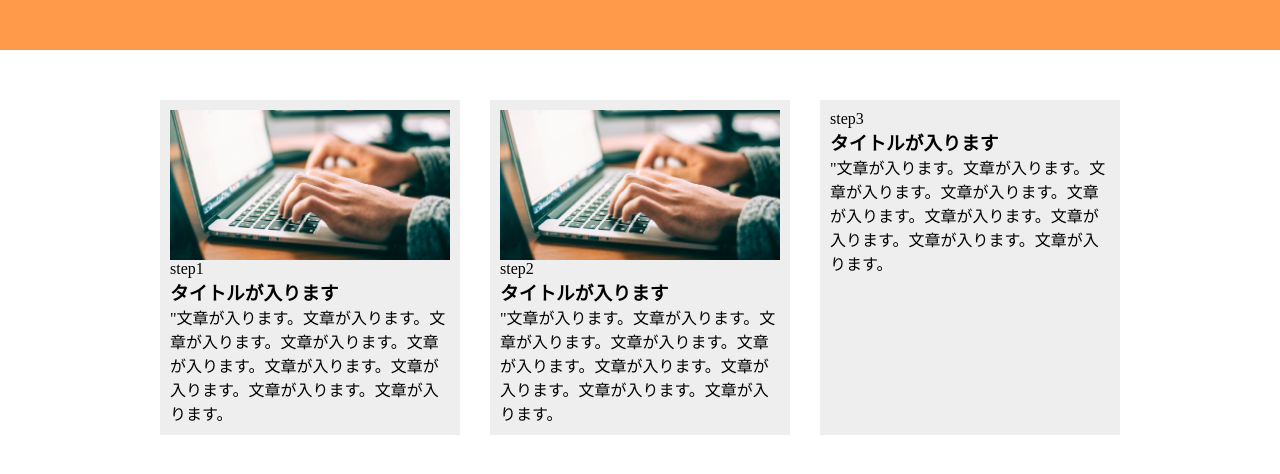
Repository: Yuya0829/HTML
Page: exercise/exercise9.html
The author's editor kept a record of every edit. The page is drawn from the files as they stood at one moment, then again after the next edit.
The browser window is 1280 px wide. The pictures show the whole page.

Above is the page before.

### exercise/exercise9.html
<!DOCTYPE html>
<html lang="ja">
  <head>
    <meta charset="UTF-8" />
    <title>EXERCISE9</title>
    <link rel="stylesheet" href="exercise9.css" />
  </head>

  <body>
    <header></header>
    <main>
      <div class="step-box">
        <div class="step-img1"></div>
        <span class="step-num">step1</span>
        <h3 class="title">タイトルが入ります</h3>
        <p class="text">
          "文章が入ります。文章が入ります。文章が入ります。文章が入ります。文章が入ります。文章が入ります。文章が入ります。文章が入ります。文章が入ります。
        </p>
      </div>
      <div class="step-box">
        <div class="step-img2"></div>
        <span class="step-num">step2</span>
        <h3 class="title">タイトルが入ります</h3>
        <p class="text">
          "文章が入ります。文章が入ります。文章が入ります。文章が入ります。文章が入ります。文章が入ります。文章が入ります。文章が入ります。文章が入ります。
        </p>
      </div>
      <div class="step-box">
        <div class="step-img3"></div>
        <span class="step-num">step3</span>
        <h3 class="title">タイトルが入ります</h3>
        <p class="text">
          "文章が入ります。文章が入ります。文章が入ります。文章が入ります。文章が入ります。文章が入ります。文章が入ります。文章が入ります。文章が入ります。
        </p>
      </div>
    </main>
    <footer></footer>
  </body>
</html>

### exercise/exercise9.css
* {
  margin: 0;
  padding: 0;
  box-sizing: border-box;
}

header {
  height: 50px;
  background-color: #ff9a4b;
}

main {
  width: 960px;
  margin: 50px auto;
  display: flex;
}

.step-box {
  width: 300px;
  margin-right: 30px;
  padding: 10px;
  position: relative;
  background-color: #eee;
}

.step-box:last-child {
  margin-right: 0;
}

.step-img1 {
  height: 150px;
  background-image: url(img/flow01.png);
  background-position: bottom;
  background-size: cover;
}

.step-img2 {
  height: 150px;
  background-image: url(img/flow01.png);
  background-position: bottom;
  background-size: cover;
}

After the next edit:
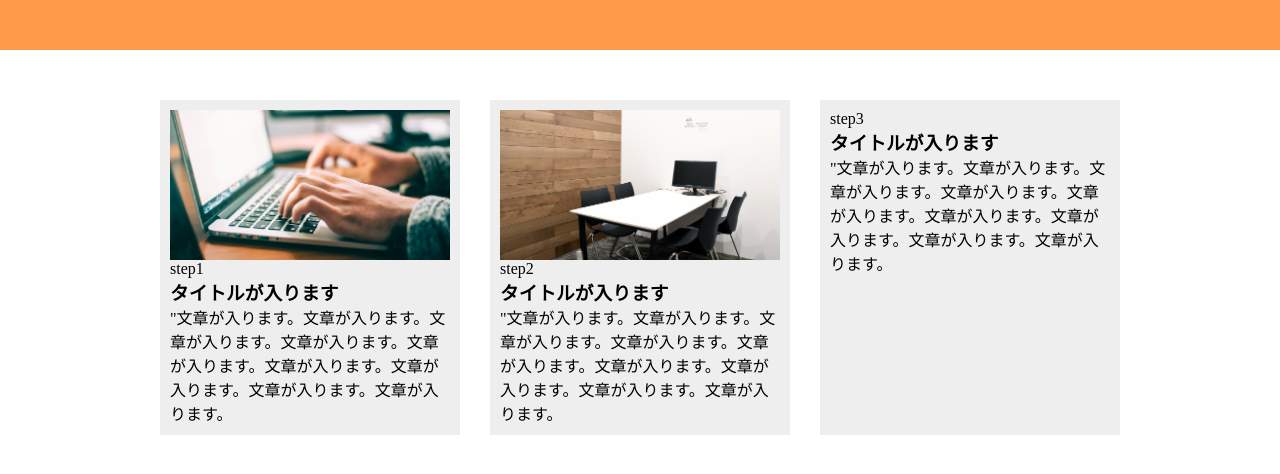
The edit:
--- a/exercise/exercise9.css
+++ b/exercise/exercise9.css
@@ -36,7 +36,7 @@
 
 .step-img2 {
   height: 150px;
-  background-image: url(img/flow01.png);
+  background-image: url(img/flow02.png);
   background-position: bottom;
   background-size: cover;
 }
